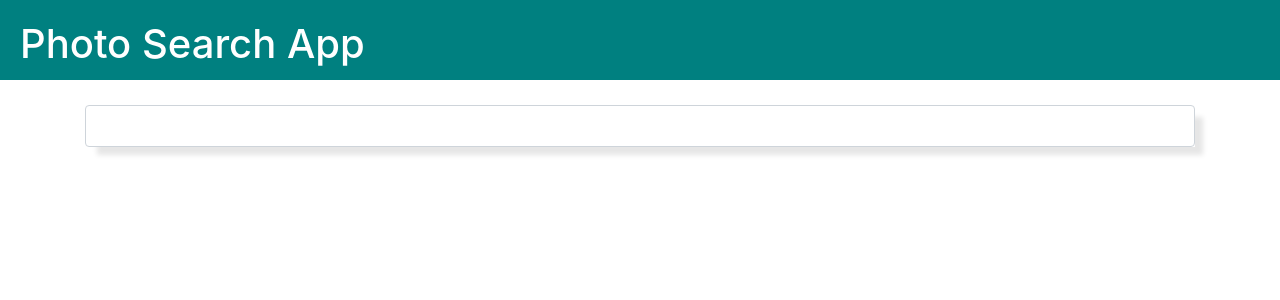
Repository: lamilekan263/photoapp
Page: /
An editor plug-in stored every save of this project. The page is shown before and after the next save, followed by the edit.
The browser window is 1280 px wide. The pictures show the whole page.
The project was rebuilt for these pictures with package versions that can differ from the ones it lists, and the page was loaded fresh each time. Also part of the build but not shown: src/components/ImageCard/ImageCard.scss, src/components/ImageCard/ImageCard.js.

Above is the page before, as saved 2020-08-26 12:54:29.

After the next save:
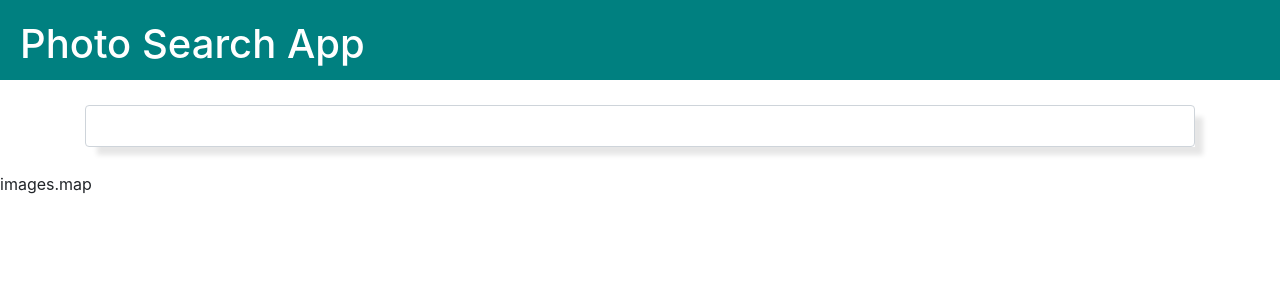
Saved 8 s later.
--- a/src/components/imageList/imageList.js
+++ b/src/components/imageList/imageList.js
@@ -6,7 +6,7 @@ import './imageList.scss'
 const ImageList = ({ images }) =>{
     return(
         <div className="image-display">
-
+            images.map
         </div>
     )
 }
